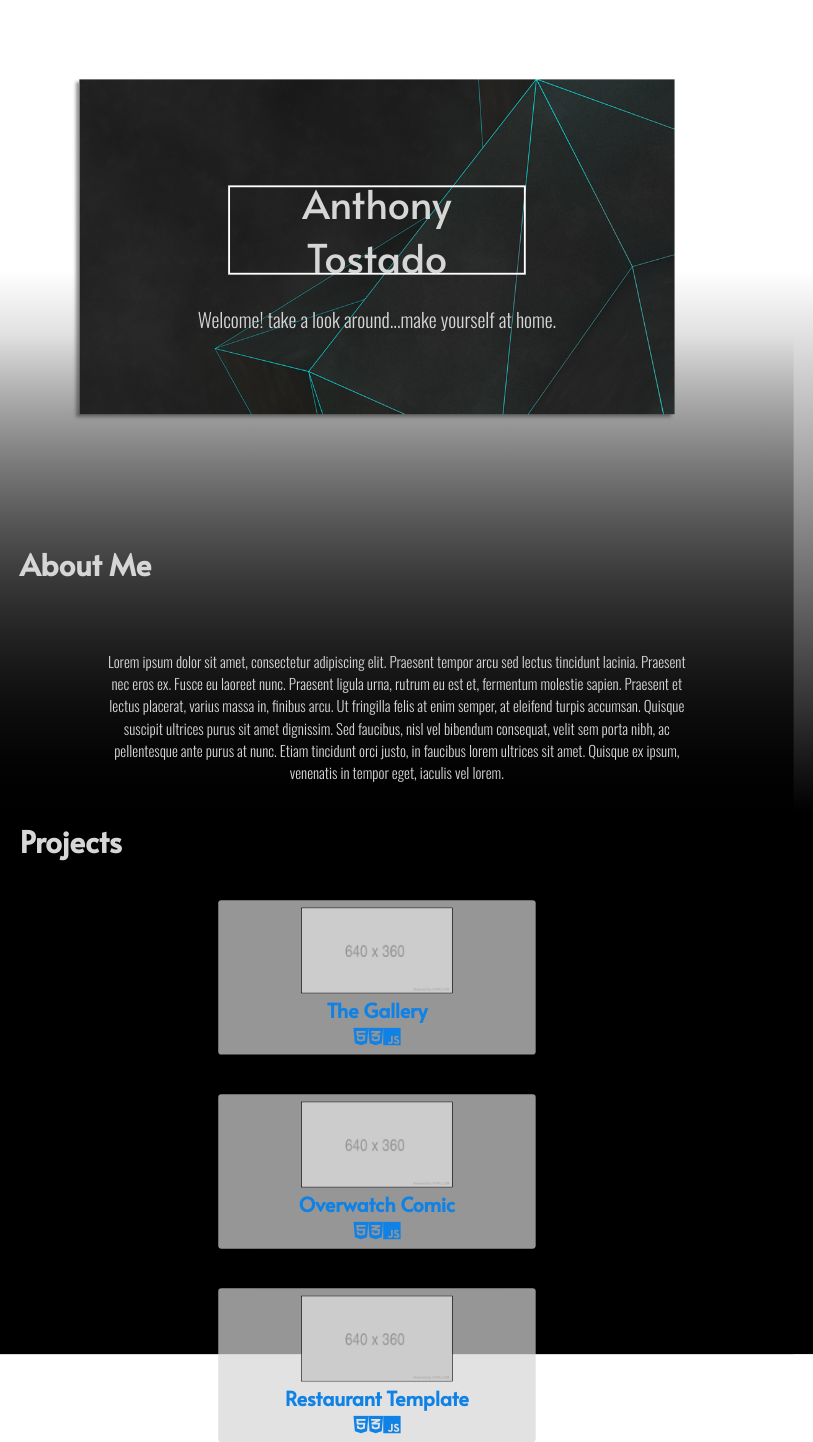
Repository: sloppytony/newport
Page: / (app in portfolio/)
These files come from the project's save history. The page is drawn as it stood at one moment and after the next save; the edit follows.
The browser window is 1280 px wide. The page is 1312 px wide, so the pictures cover 1312 px, including what lies to the right of the window. The pictures show the whole page, at 62% of full size.
Some web libraries are served in a nearby version. The project was rebuilt for these pictures with package versions that can differ from the ones it lists, and the page was loaded fresh each time.

Above is the page before, as saved 2020-08-23 15:28:42.

After the next save:
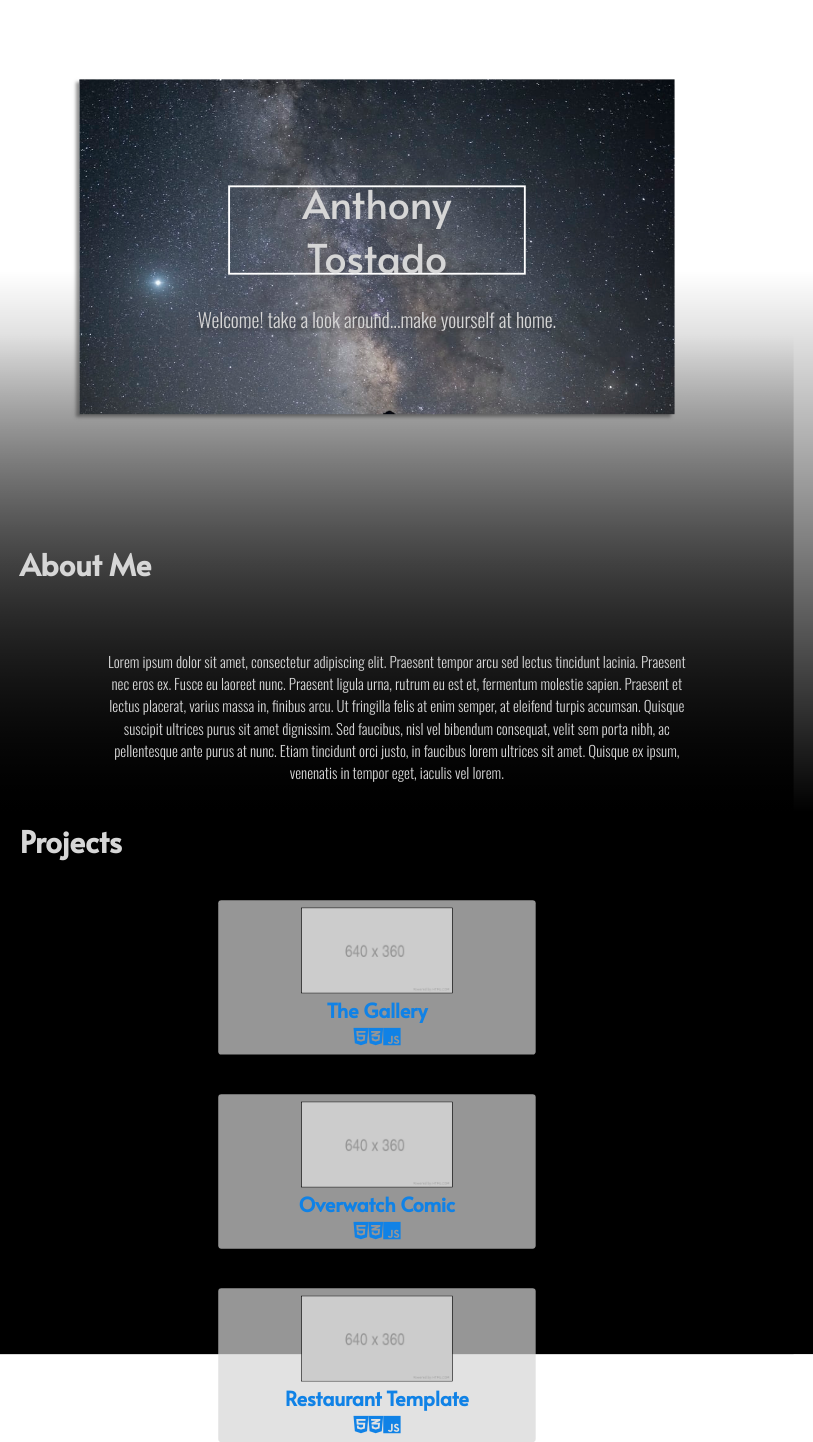
Saved 39 s later.
--- a/portfolio/src/App.css
+++ b/portfolio/src/App.css
@@ -16,7 +16,7 @@
 div.section1-container {
   width: 75%;
   height: 75vh;
-  background: url("./img/1567665.png");
+  background: url("./img/mountainspace.jfif");
   margin: 10%;
   box-shadow: -5px 5px 5px rgba(44, 44, 44, 0.5);
 }
